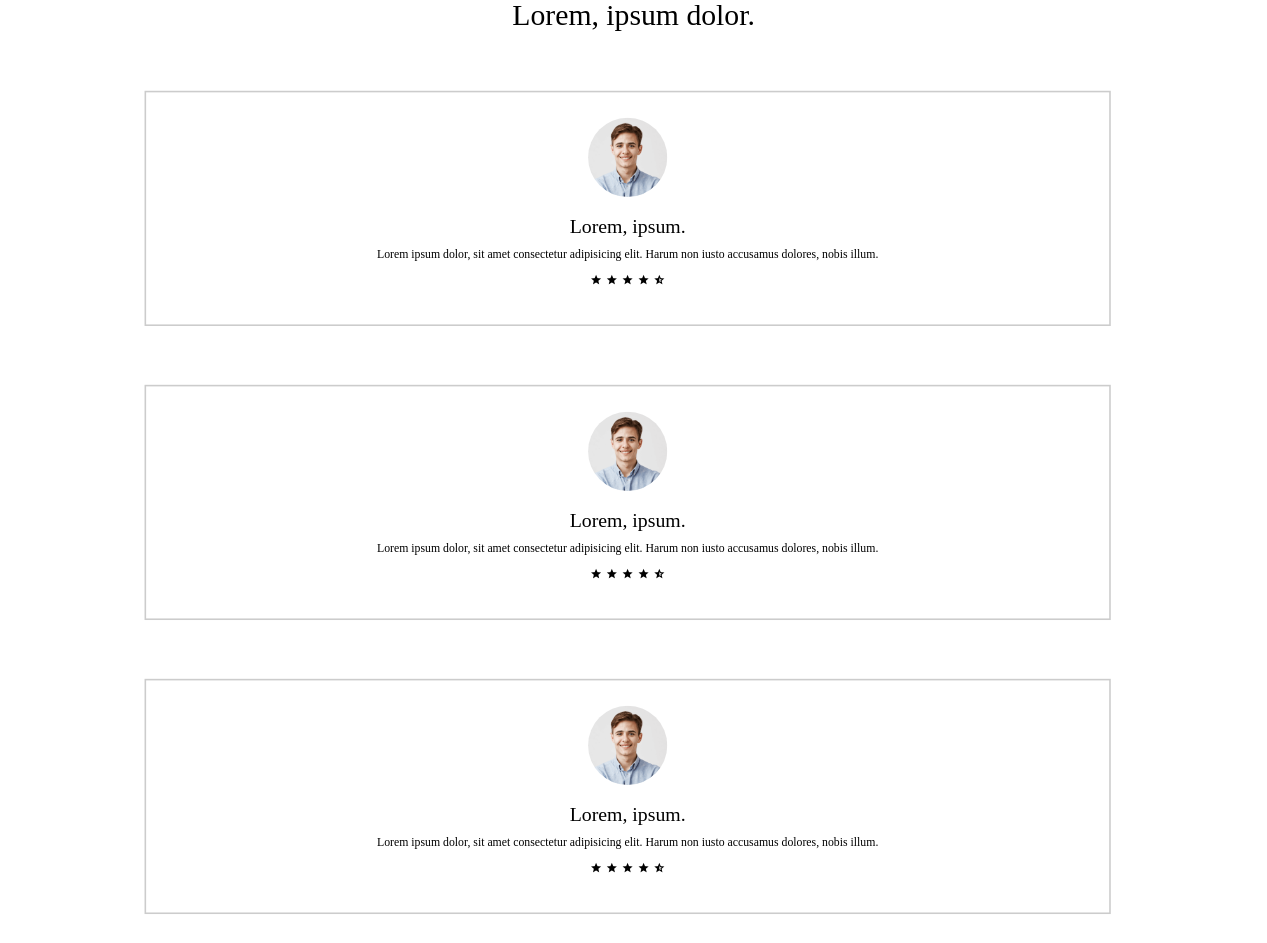
Repository: dinhhaidh/slider-3
Page: index.html
The author's editor kept a copy of each file at every save. The page is drawn from the files as they stood at one save, then again after the next save.
The browser window is 1280 px wide. The pictures show the whole page, at 99% of full size.

Above is the page before, as saved 2024-03-22 21:55:26.

After the next save:
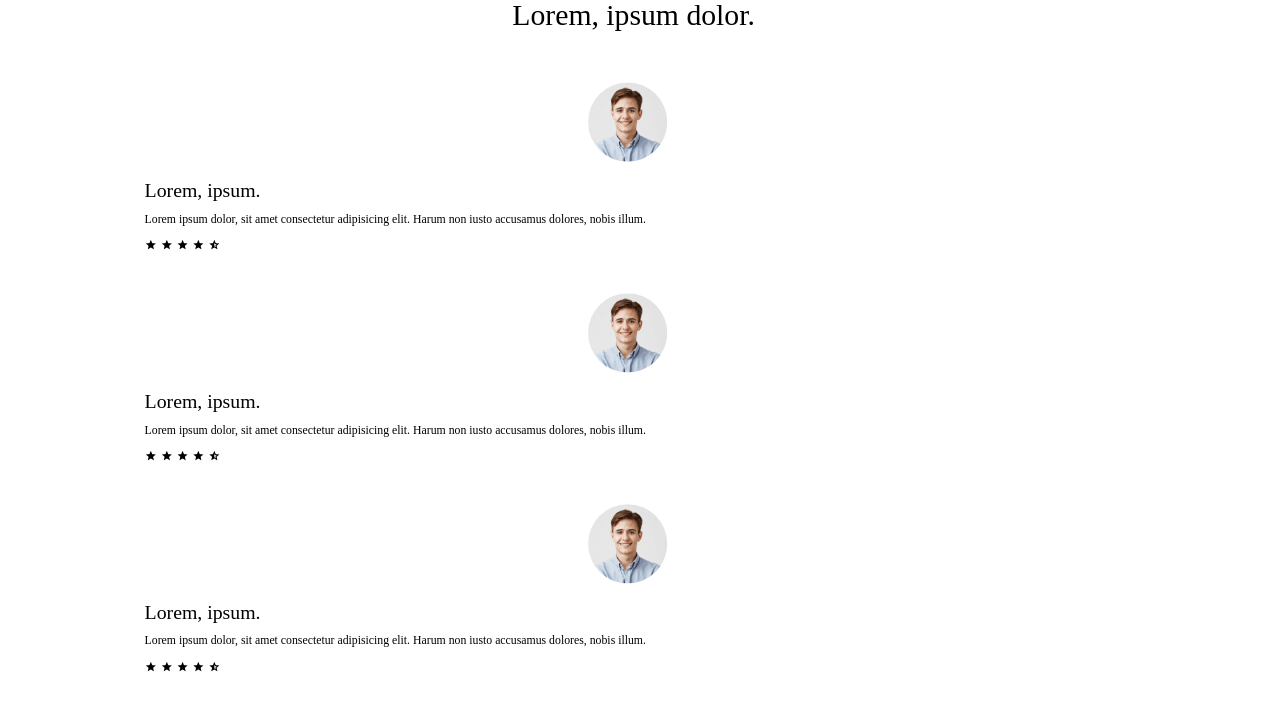
Saved 6 s later.
--- a/css/style.css
+++ b/css/style.css
@@ -49,7 +49,7 @@ body {
 .new__card{
   scale: .8;
 }
-.new
+.new .sw
 .new__article{
   padding: 2rem 2.5rem 3rem;
   text-align: center;

After the 5 saves that followed:
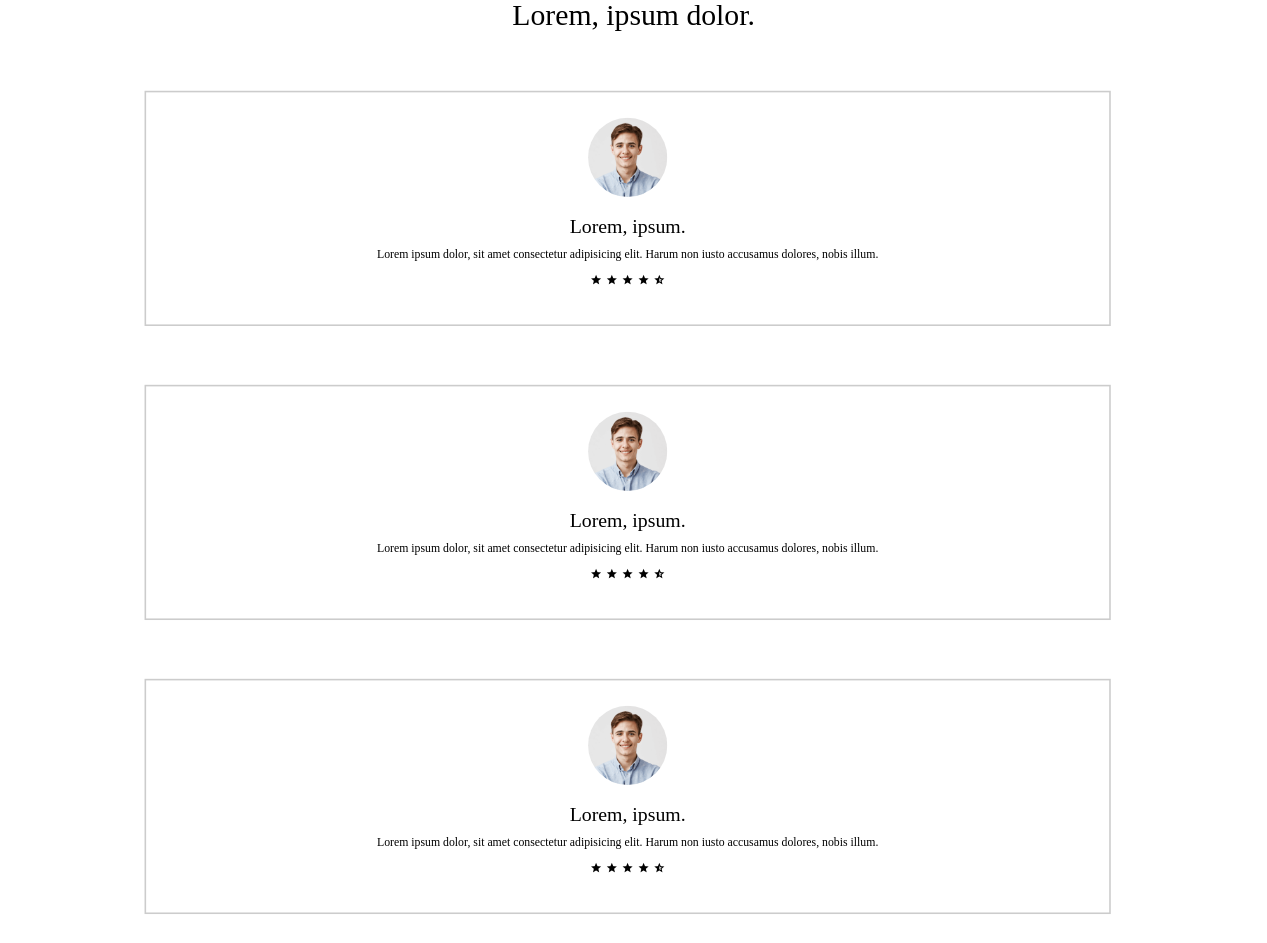
The 5 saves are shown as one change because 2 left the picture as it was and some came seconds apart.
The last was saved 51 s later.
--- a/css/style.css
+++ b/css/style.css
@@ -49,7 +49,11 @@ body {
 .new__card{
   scale: .8;
 }
-.new .sw
+.new .swiper-slider-active,
+.new .sw{
+
+}
+
 .new__article{
   padding: 2rem 2.5rem 3rem;
   text-align: center;
